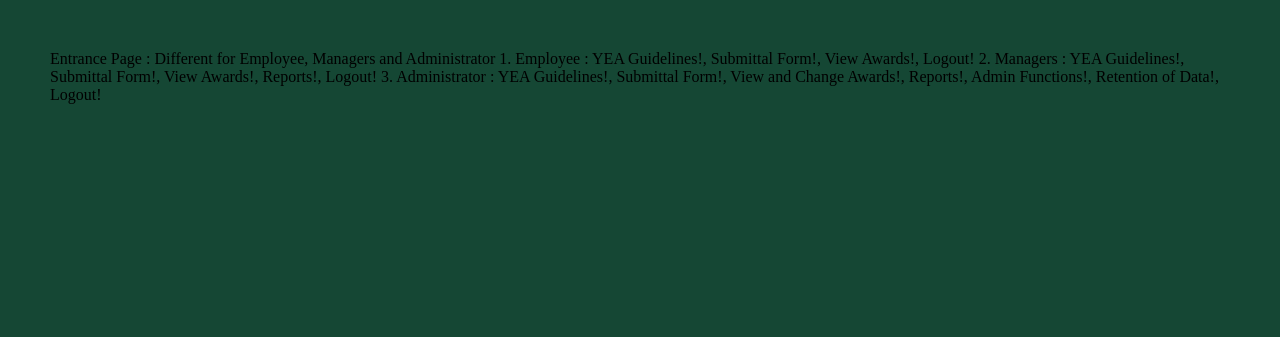
Repository: prajaktamore/Web-Based-Programming-3
Page: http://localhost/BinaryCalculator/yeaGuidelines.jsp
An editor plug-in stored every save of this project. The page is shown before and after the next save, followed by the edit.
The browser window is 1280 px wide. The pictures show the whole page.
The page is served by Tomcat 9.

Above is the page before, as saved 2014-05-04 17:09:30.

After the next save:
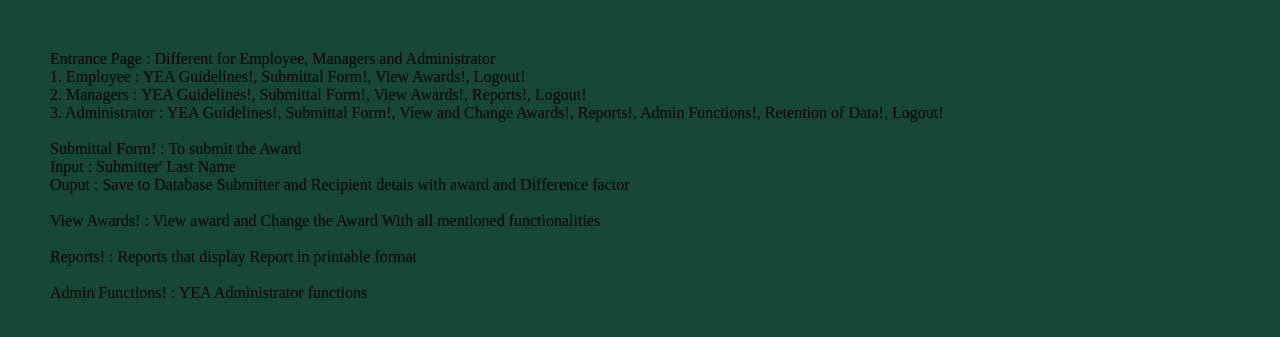
Saved 8 min 32 s later.
--- a/BinaryCalculator/WebContent/yeaGuidelines.jsp
+++ b/BinaryCalculator/WebContent/yeaGuidelines.jsp
@@ -12,9 +12,26 @@
 <body>
 <p>
 	Entrance Page : Different for Employee, Managers and Administrator
+	<br>
 	1. Employee : YEA Guidelines!, Submittal Form!, View Awards!, Logout!
+	<br>
 	2. Managers : YEA Guidelines!, Submittal Form!, View Awards!, Reports!, Logout!
+	<br>
 	3. Administrator : YEA Guidelines!, Submittal Form!, View and Change Awards!, Reports!, Admin Functions!, Retention of Data!, Logout!
+	<br>
+	<br>
+	Submittal Form! : To submit the Award
+	<br>
+	Input : Submitter' Last Name
+	<br>
+	Ouput : Save to Database Submitter and Recipient detais with award and Difference factor
+	<br><br>
+	View Awards! : View award and Change the Award With all mentioned functionalities
+	<br><br>
+	Reports! : Reports that display Report in printable format
+	<br><br>
+	Admin Functions! : YEA Administrator functions
+
 </p>
 </body>
 </html>
